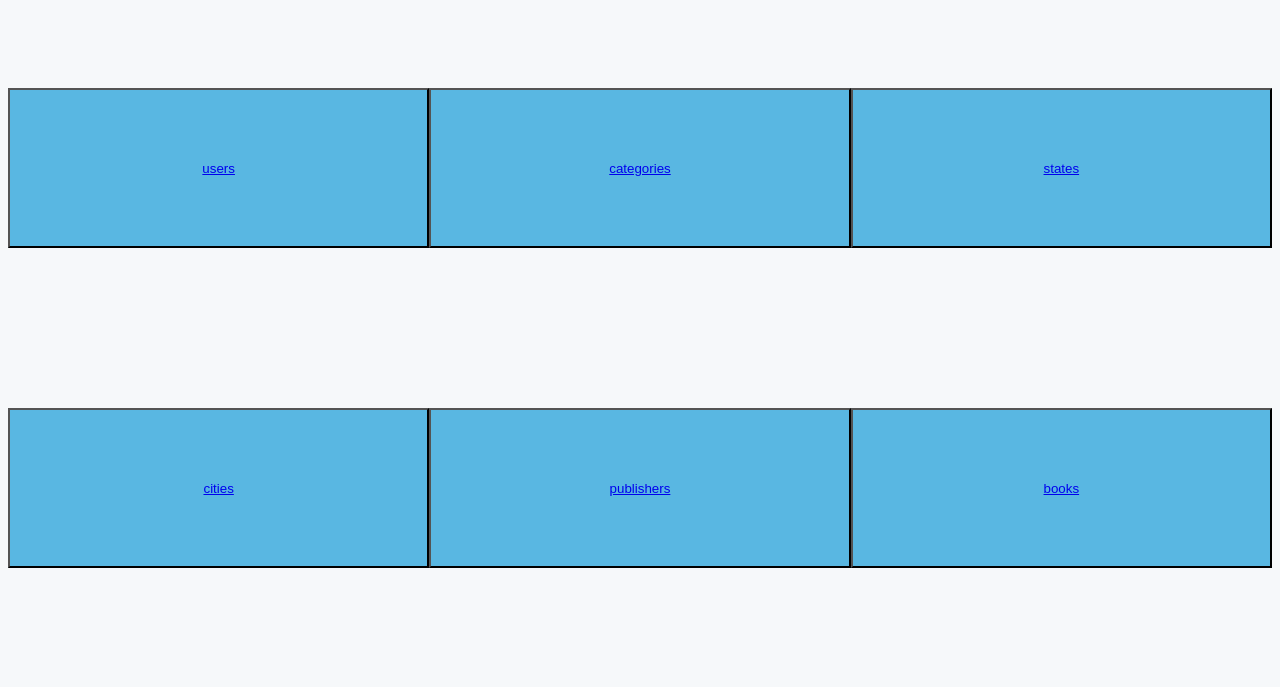
Repository: fontanive12/Biblioteca
Page: front/paginaInicial.html
These files come from the project's save history. The page is drawn as it stood at one moment and after the next save; the edit follows.
The browser window is 1280 px wide. The pictures show the whole page.

Above is the page before, as saved 2022-09-05 17:38:21.

After the next save:
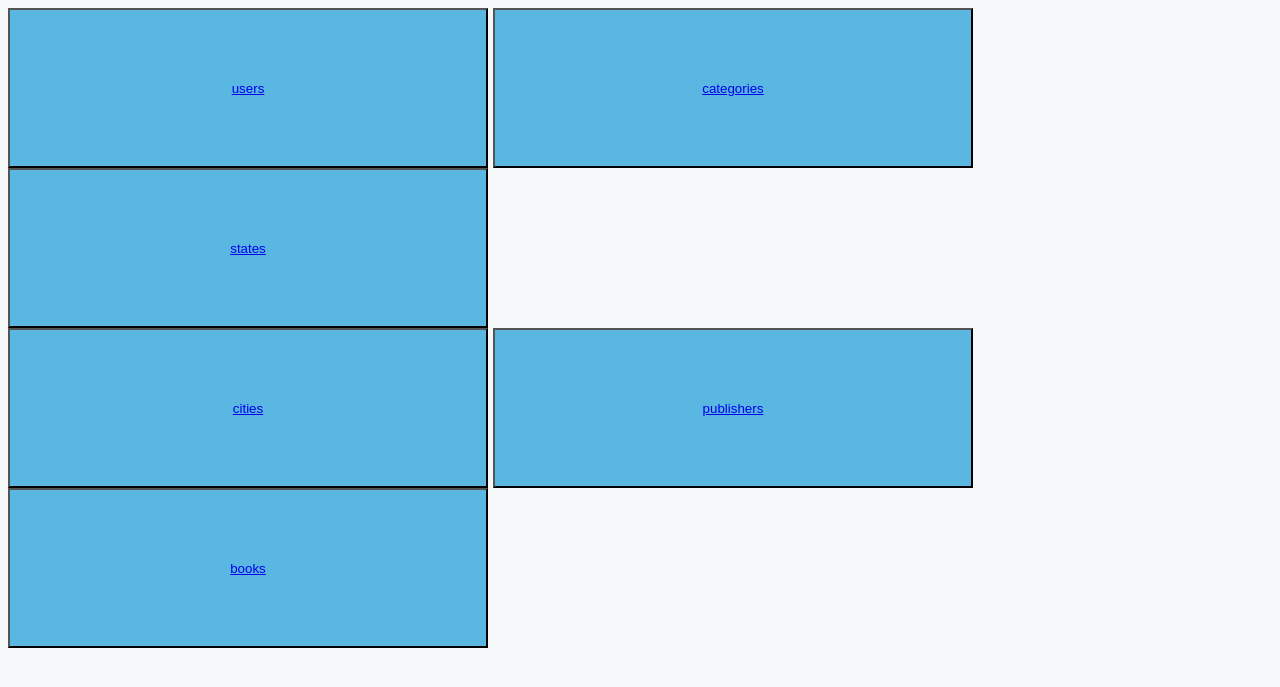
Saved 8 s later.
--- a/front/styles.css
+++ b/front/styles.css
@@ -16,16 +16,7 @@ td {
 }
 
 .containerButtons {
-  margin-bottom: auto;
-  padding: 0rem;
-  text-align: center;
-  /* max-width: 100rem;*/
-  width: 100%;
-height: 20rem;
-  display: flex;
-flex-direction: row;
-justify-content: center;
-align-items: center;
+
 }
 
 .buttonMenu {
